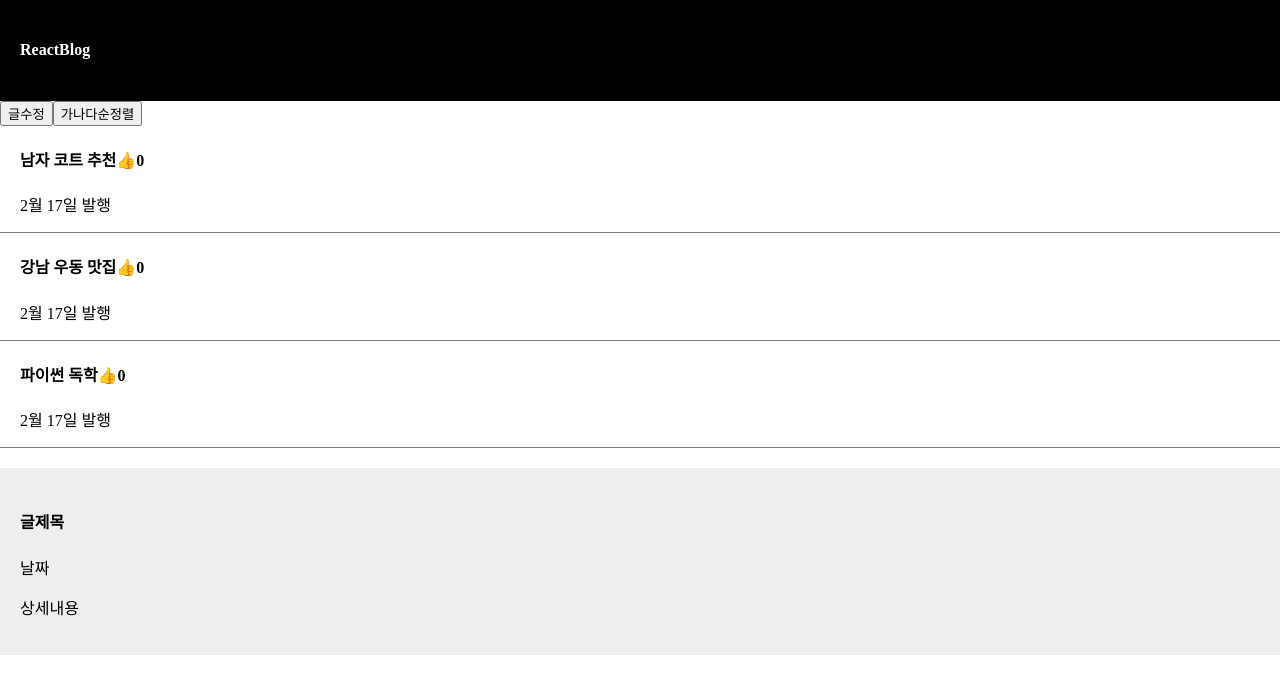
Repository: thinkseaweave/applecoding
Page: /, after clicking the first element matching `div.list > h4`
An editor plug-in stored every save of this project. The page is shown before and after the next save, followed by the edit.
The browser window is 1280 px wide. The pictures show the whole page.
The project was rebuilt for these pictures with package versions that can differ from the ones it lists, and the page was loaded fresh each time. Also part of the build but not shown: vite.config.js, src/index.css.

Above is the page before, as saved 2025-01-29 12:08:05.

After the next save:
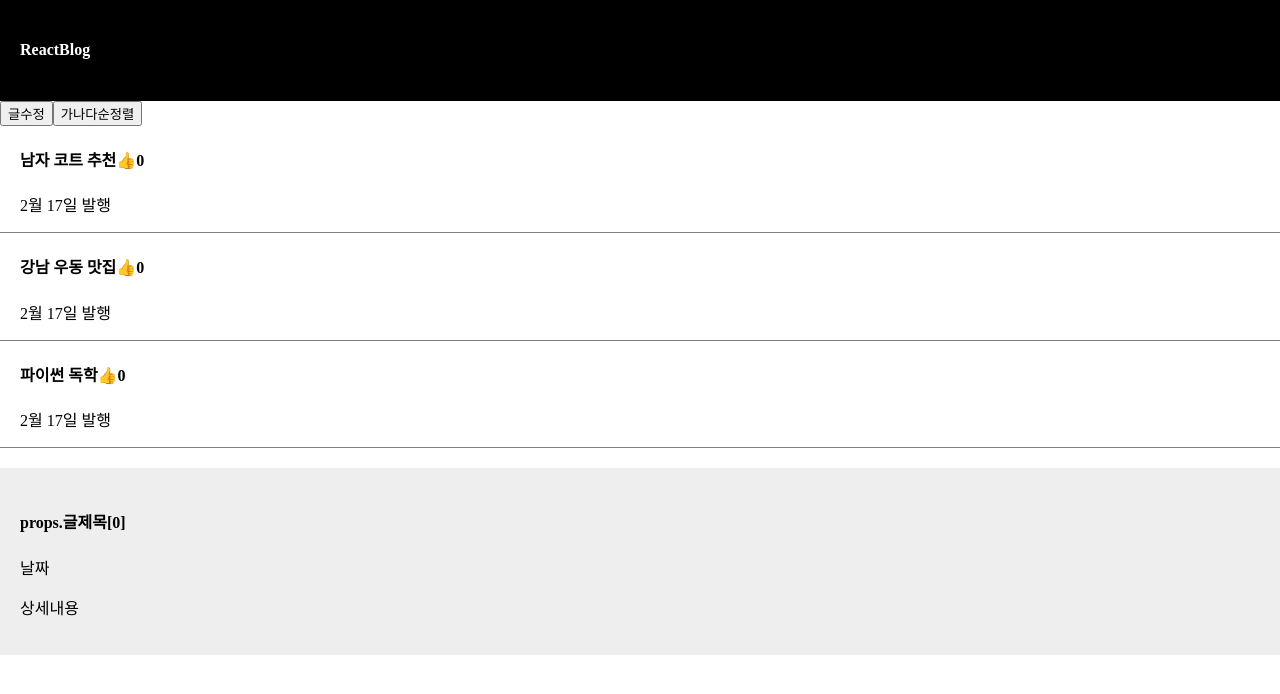
Saved 97 min 58 s later.
--- a/src/App.jsx
+++ b/src/App.jsx
@@ -66,16 +66,16 @@ function App() {
 
       {
         //조건식 ? 참일 때 실행할 코드 : 거짓일 때 실행할 코드
-        modal === true ? <Modal /> : null
+        modal === true ? <Modal 글제목={글제목} /> : null
       }
     </div>
   );
 }
 
-function Modal() {
+function Modal(props) {
   return (
     <div className="modal">
-      <h4>글제목</h4>
+      <h4>props.글제목[0]</h4>
       <p>날짜</p>
       <p>상세내용</p>
     </div>
